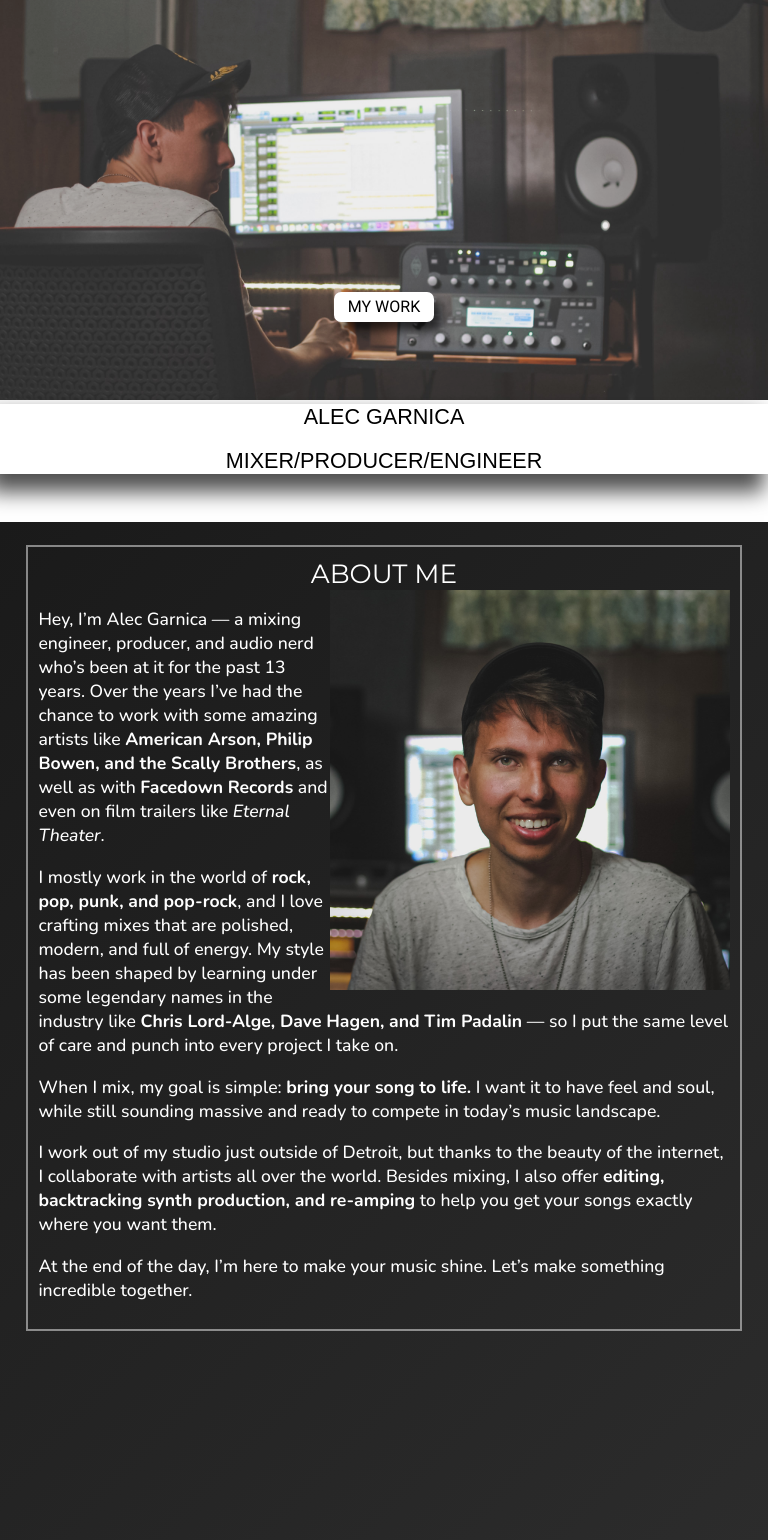
Repository: Aworminator/mixing-portfolio
Page: index.html
These files come from the project's save history. The page is drawn as it stood at one moment and after the next save; the edit follows.
The browser window is 768 px wide. The pictures show the part of the page from y = 0 to 1540 px (the page is 8535 px tall).
Some web fonts or font styles are not loaded; a fallback is used.

Above is the page before, as saved 2025-09-02 14:46:31.
Console error: ReferenceError: emailjs is not defined

After the next save:
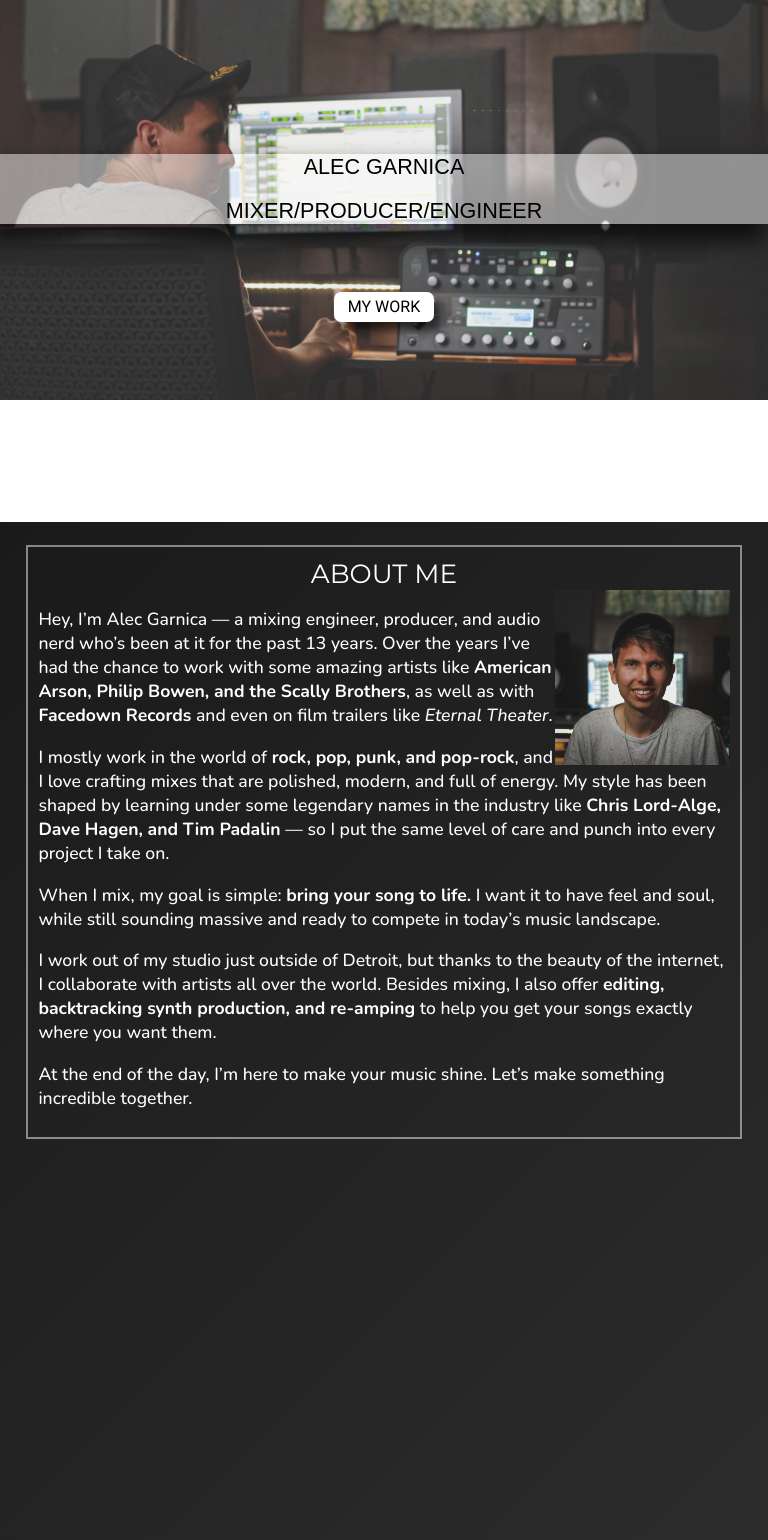
Saved 8 min 50 s later.
--- a/styles.css
+++ b/styles.css
@@ -88,13 +88,15 @@ h3 {
 
 .front-shot {
   float: right;
-  max-height: 400px;
-  max-width: 400px;
+  height: 400px;
+  width: 400px;
   object-fit: cover;
   aspect-ratio: 1 / 1;
 }
 
 .header {
+  position: relative;
+  bottom: 700px;
   z-index: 1;
   font-size: 3.5em;
   text-align: center;
@@ -462,6 +464,11 @@ h4 {
     padding: 10px;
   }
 
+  .front-shot {
+    height: 175px;
+    width: 175px;
+  }
+
   .audio-header {
     font-size: 0.8em;
     margin-top: 20px;
